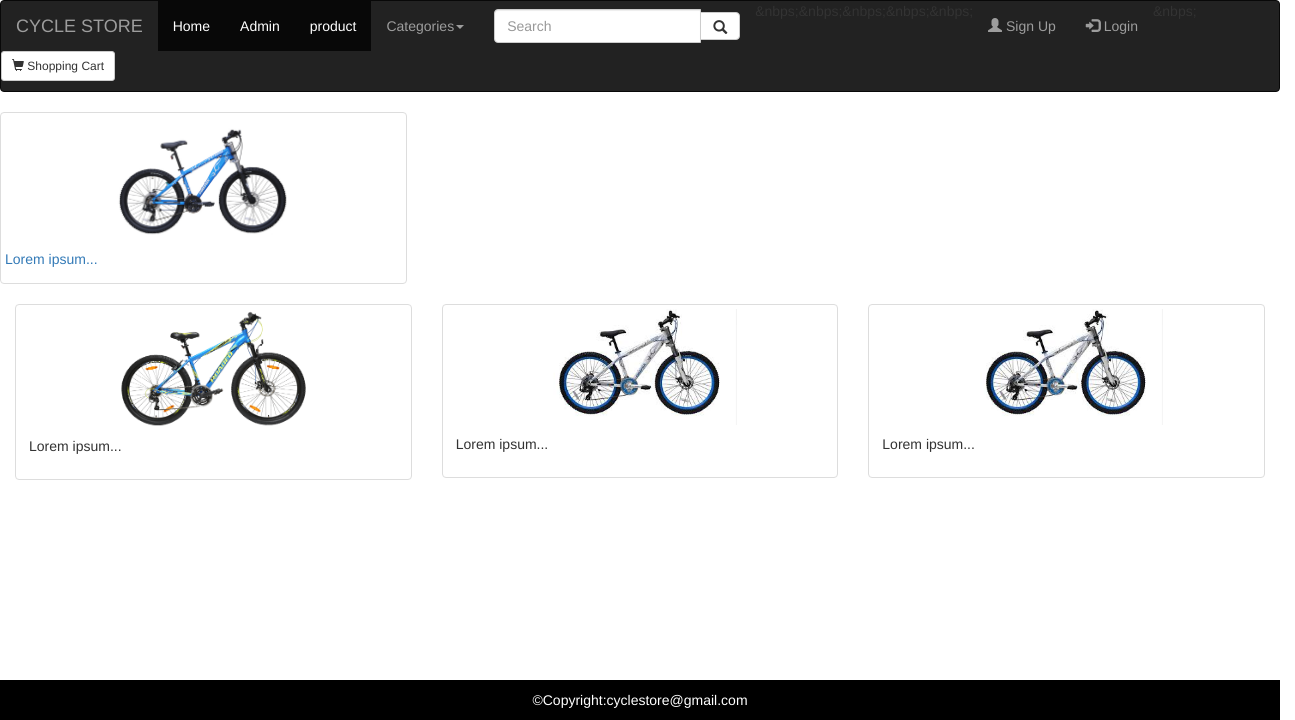
Repository: SumiyaSulaiman/project1
Page: http://localhost/cycle/baby.jsp
These files come from the project's save history. The page is drawn as it stood at one moment and after the next save; the edit follows.
The browser window is 1280 px wide. The page is 1295 px wide, so the pictures cover 1295 px, including what lies to the right of the window. The pictures show the whole page.
Some web libraries are served in a nearby version. The page is served by Tomcat 9. Nobody is signed in. The application's start-up code is not run.

Above is the page before, as saved 2017-12-21 07:36:27.

After the next save:
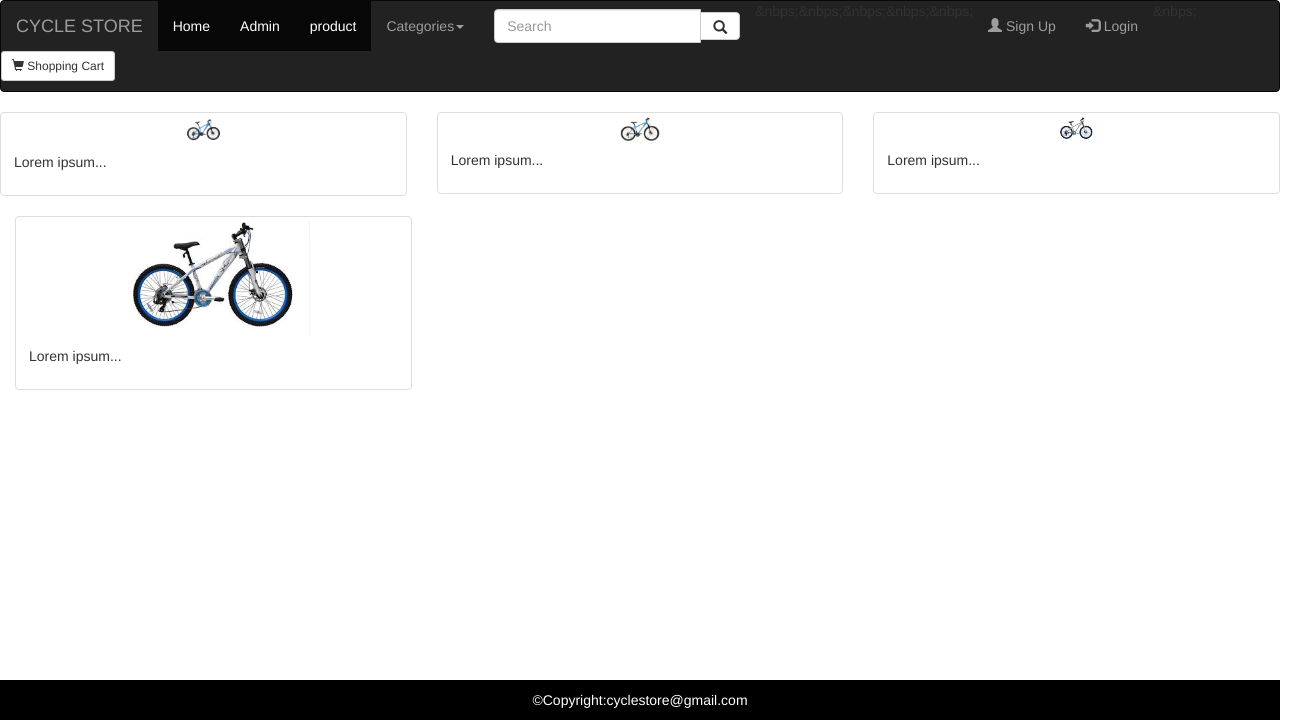
Saved 46 s later.
--- a/project/cycle/src/main/webapp/baby.jsp
+++ b/project/cycle/src/main/webapp/baby.jsp
@@ -14,7 +14,7 @@
   <div class="col-md-4">
     <div class="thumbnail" style="width=10%;height=10%;">
       <a href="./resources/cycle10.jpg">
-        <img src="./resources/cycle10.jpg" style="width:50%;>
+        <img src="./resources/cycle10.jpg" style="width:10%;">
         <div class="caption">
           <p>Lorem ipsum...</p>
         </div>
@@ -22,9 +22,9 @@
     </div>
   </div>
   <div class="col-md-4">
-    <div class="thumbnail">
+    <div class="thumbnail" style="width=10%;height=10%;">
       <a href="./resources/cycle6.jpg">
-        <img src="./resources/1.jpg" style="width:50%">
+        <img src="./resources/1.jpg" style="width:10%">
         <div class="caption">
           <p>Lorem ipsum...</p>
         </div>
@@ -32,9 +32,9 @@
     </div>
   </div>
   <div class="col-md-4">
-    <div class="thumbnail">
+    <div class="thumbnail" style="width=10%;height=10%;">
       <a href="./resources/cycle7.jpg">
-        <img src="./resources/cycle7.jpg"style="width:50%">
+        <img src="./resources/cycle7.jpg"style="width:10%">
         <div class="caption">
           <p>Lorem ipsum...</p>
         </div>
